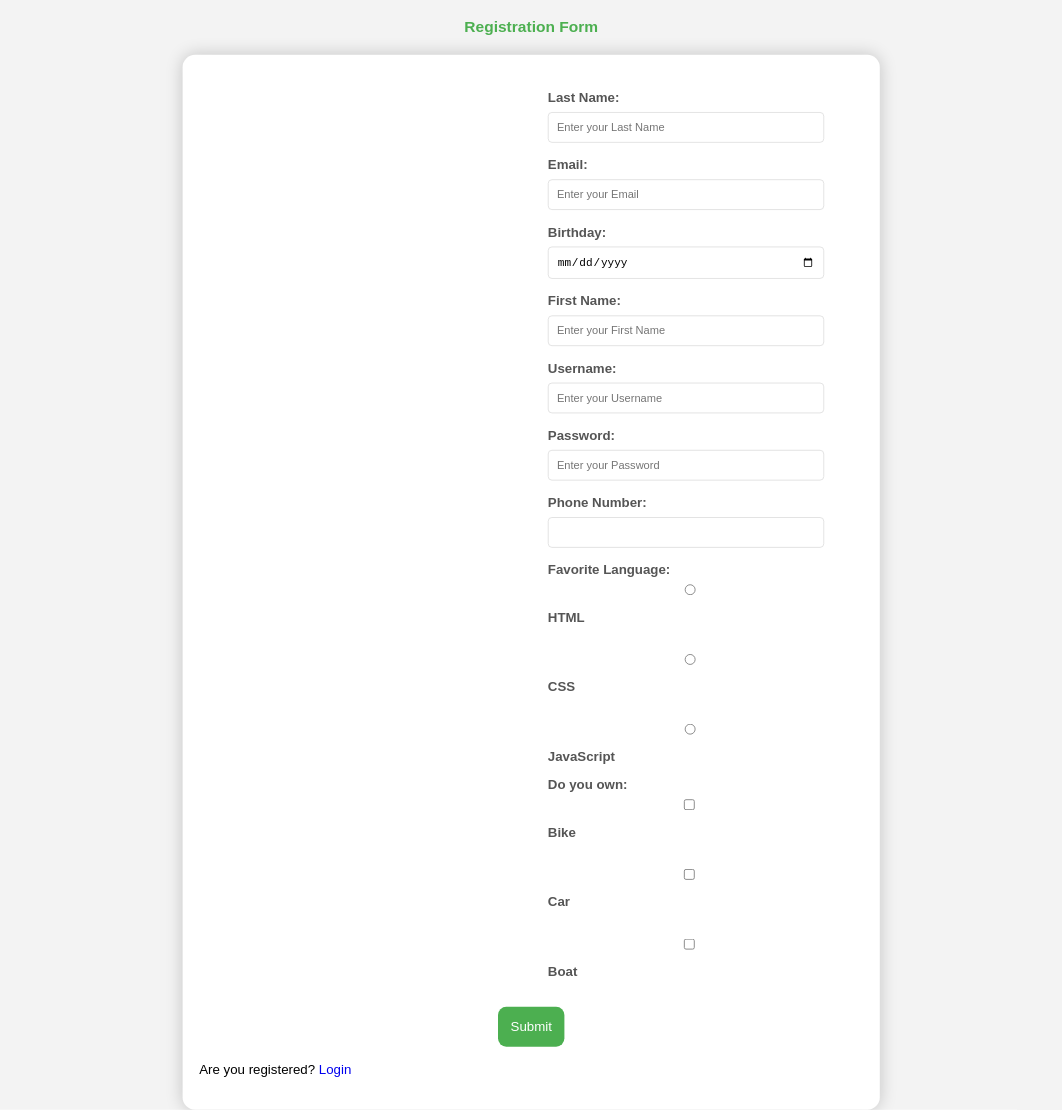
Repository: alizey12/Regestratin-Form-js
Page: regester.html
These files come from the project's save history. The page is drawn as it stood at one moment and after a run of saves; the edit follows.
The browser window is 1280 px wide. The pictures show the whole page, at 83% of full size.

Above is the page before, as saved 2024-11-29 18:41:26.

### regester.html
<!DOCTYPE html>
<html lang="en">
<head>
    <meta charset="UTF-8">
    <meta name="viewport" content="width=device-width, initial-scale=1.0">
    <link rel="stylesheet" href="regester.css">
    <title>Registration Form</title>
</head>
<body>
    <h3>Registration Form</h3>
    <div class="main">
        <form action="">
            <div class="grid-container">
                <div>

                </div>
                <div>
                    <label for="second">Last Name:</label>
                    <input type="text" id="second" name="second" placeholder="Enter your Last Name" required>

                    <label for="email">Email:</label>
                    <input type="email" id="email" name="email" placeholder="Enter your Email" required>

                    <label for="birthday">Birthday:</label>
                    <input type="date" id="birthday" name="birthday">


                    <label for="first">First Name:</label>
                    <input type="text" id="first" name="first" placeholder="Enter your First Name" required>

                    <label for="username">Username:</label>
                    <input type="text" id="username" name="username" placeholder="Enter your Username" required>

                    <label for="password">Password:</label>
                    <input type="password" id="password" name="password" placeholder="Enter your Password" required>

                    <label for="quantity">Phone Number:</label>
                    <input type="number" id="quantity" name="quantity" min="1" max="15">

                    <label for="fav_language">Favorite Language:</label>
                    <input type="radio" id="html" name="fav_language" value="HTML">
                    <label for="html">HTML</label><br>
                    <input type="radio" id="css" name="fav_language" value="CSS">
                    <label for="css">CSS</label><br>
                    <input type="radio" id="javascript" name="fav_language" value="JavaScript">
                    <label for="javascript">JavaScript</label>

                    <label>Do you own:</label>
                    <input type="checkbox" id="vehicle1" name="vehicle1" value="Bike">
                    <label for="vehicle1">Bike</label><br>
                    <input type="checkbox" id="vehicle2" name="vehicle2" value="Car">
                    <label for="vehicle2">Car</label><br>
                    <input type="checkbox" id="vehicle3" name="vehicle3" value="Boat">
                    <label for="vehicle3">Boat</label>
                </div>
            </div>
            <div class="wrap">
                <button type="submit">Submit</button>
            </div>
        </form>
        <p>Are you registered?
            <a href="signin.html" style="text-decoration: none;">Login</a>
        </p>
    </div>
</body>
</html>

### regester.css
body {
    display: flex;
    align-items: center;
    justify-content: center;
    font-family: sans-serif;
    line-height: 1.5;
    min-height: 100vh;
    background: #f3f3f3;
    flex-direction: column;
    margin: 0;
}

.main {
    background-color: #fff;
    border-radius: 15px;
    box-shadow: 0 0 20px rgba(0, 0, 0, 0.2);
    padding: 20px;
    transition: transform 0.2s;
    width: 800px;
}

h3 {
    color: #4CAF50;
    text-align: center;
}

label {
    display: block;
    margin-top: 10px;
    margin-bottom: 5px;
    text-align: left;
    color: #555;
    font-weight: bold;
}

input {
    display: block;
    width: 90%;
    margin-bottom: 15px;
    padding: 10px;
    box-sizing: border-box;
    border: 1px solid #ddd;
    border-radius: 5px;
}

button {
    padding: 15px;
    border-radius: 10px;
    margin-top: 15px;
    border: none;
    color: white;
    cursor: pointer;
    background-color: #4CAF50;
    font-size: 16px;
}

.wrap {
    display: flex;
    justify-content: center;
    align-items: center;
}

.grid-container {
    display: grid;
    grid-template-columns: 1fr 1fr;
    gap: 20px;
}

.grid-container div {
    padding: 10px;
}

After the next 4 saves:
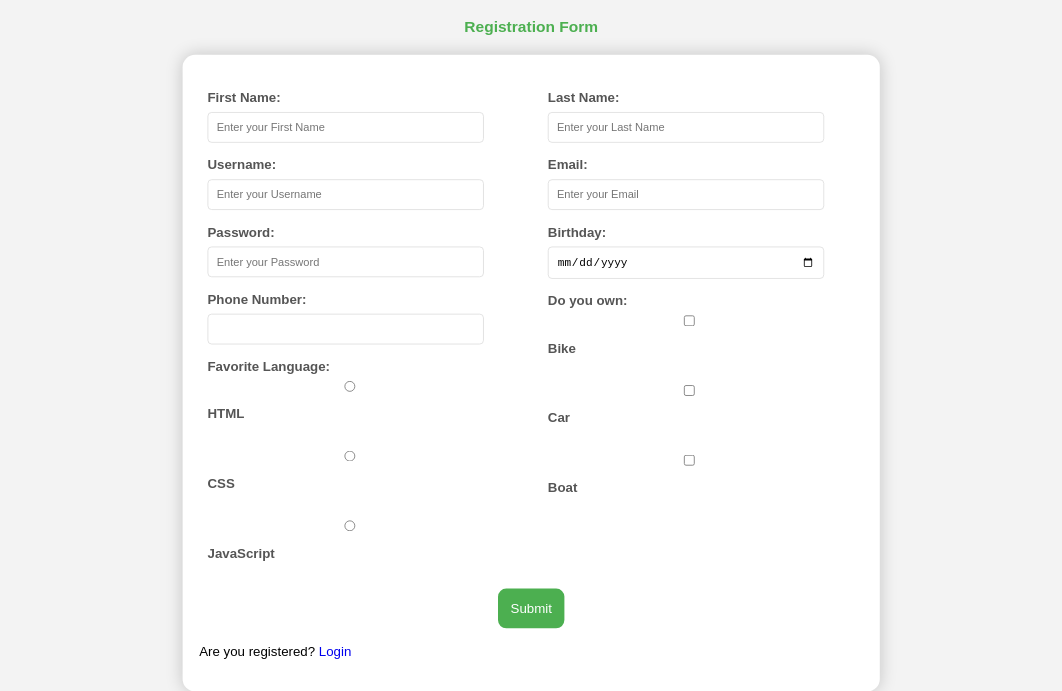
The 4 saves are shown as one change because they came seconds apart.
The last was saved 23 s later.
--- a/regester.html
+++ b/regester.html
@@ -12,19 +12,6 @@
         <form action="">
             <div class="grid-container">
                 <div>
-
-                </div>
-                <div>
-                    <label for="second">Last Name:</label>
-                    <input type="text" id="second" name="second" placeholder="Enter your Last Name" required>
-
-                    <label for="email">Email:</label>
-                    <input type="email" id="email" name="email" placeholder="Enter your Email" required>
-
-                    <label for="birthday">Birthday:</label>
-                    <input type="date" id="birthday" name="birthday">
-
-
                     <label for="first">First Name:</label>
                     <input type="text" id="first" name="first" placeholder="Enter your First Name" required>
 
@@ -44,6 +31,16 @@
                     <label for="css">CSS</label><br>
                     <input type="radio" id="javascript" name="fav_language" value="JavaScript">
                     <label for="javascript">JavaScript</label>
+                </div>
+                <div>
+                    <label for="second">Last Name:</label>
+                    <input type="text" id="second" name="second" placeholder="Enter your Last Name" required>
+
+                    <label for="email">Email:</label>
+                    <input type="email" id="email" name="email" placeholder="Enter your Email" required>
+
+                    <label for="birthday">Birthday:</label>
+                    <input type="date" id="birthday" name="birthday">
 
                     <label>Do you own:</label>
                     <input type="checkbox" id="vehicle1" name="vehicle1" value="Bike">
